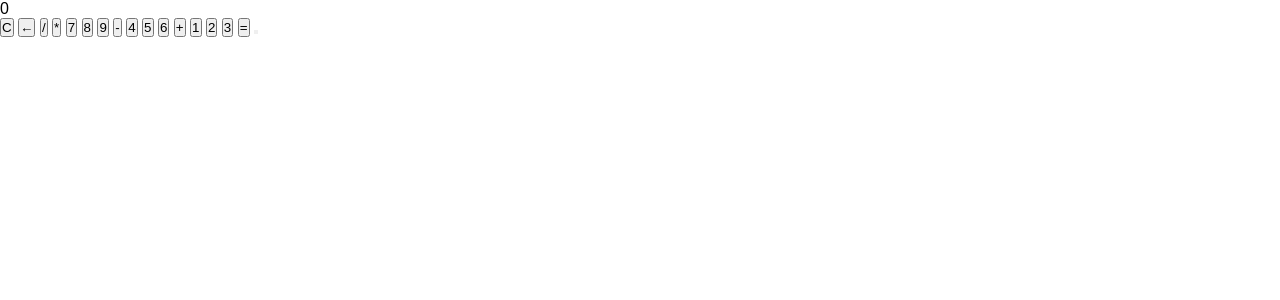
Repository: Herinyhert/Calculator
Page: index.html
An editor plug-in stored every save of this project. The page is shown before and after a run of saves, followed by the edit.
The browser window is 1280 px wide. The pictures show the whole page.

Above is the page before, as saved 2023-05-21 20:32:01.

### index.html
<html lang="en">
<head>
    <meta charset="UTF-8">
    <meta http-equiv="X-UA-Compatible" content="IE=edge">
    <meta name="viewport" content="width=device-width, initial-scale=1.0">
    <title>Calculator</title>
    <link rel="stylesheet" href="./css/main.css">
</head>
<body>
    <div class="calcularot">
        <div class="window">0</div>
        <button class="btn">C</button>
        <button class="btn">←</button>
        <button class="btn">/</button>
        <button class="btn">*</button>
        <button class="btn">7</button>
        <button class="btn">8</button>
        <button class="btn">9</button>
        <button class="btn">-</button>
        <button class="btn">4</button>
        <button class="btn">5</button>
        <button class="btn">6</button>
        <button class="btn">+</button>
        <button class="btn">1</button>
        <button class="btn">2</button>
        <button class="btn">3</button>
        <button class="btn">=</button>
        <button class="btn"></button>
    </div>

    <script src="./JS/main.js"></script>
</body>
</html>

Loaded but not shown: css/main.css (common file); JS/main.js (no stored copy; drawn as an empty file)

After the next 3 saves:
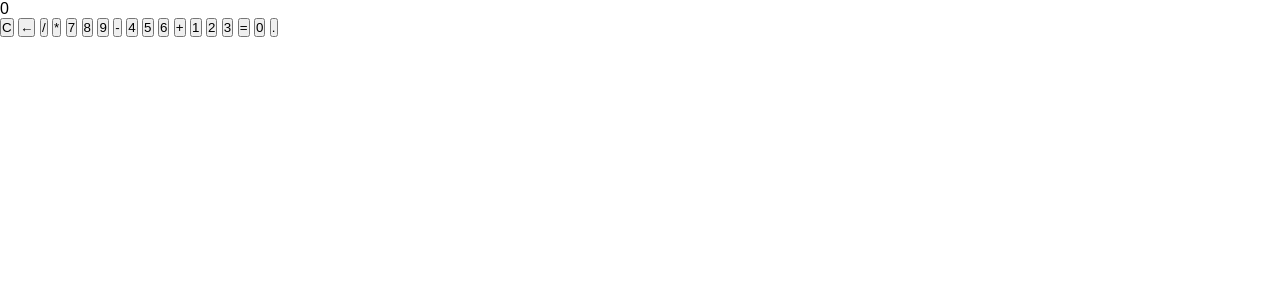
The 3 saves are shown as one change because they came seconds apart.
The last was saved 11 s later.
--- a/index.html
+++ b/index.html
@@ -25,7 +25,8 @@
         <button class="btn">2</button>
         <button class="btn">3</button>
         <button class="btn">=</button>
-        <button class="btn"></button>
+        <button class="btn">0</button>
+        <button class="btn">.</button>
     </div>
 
     <script src="./JS/main.js"></script>
